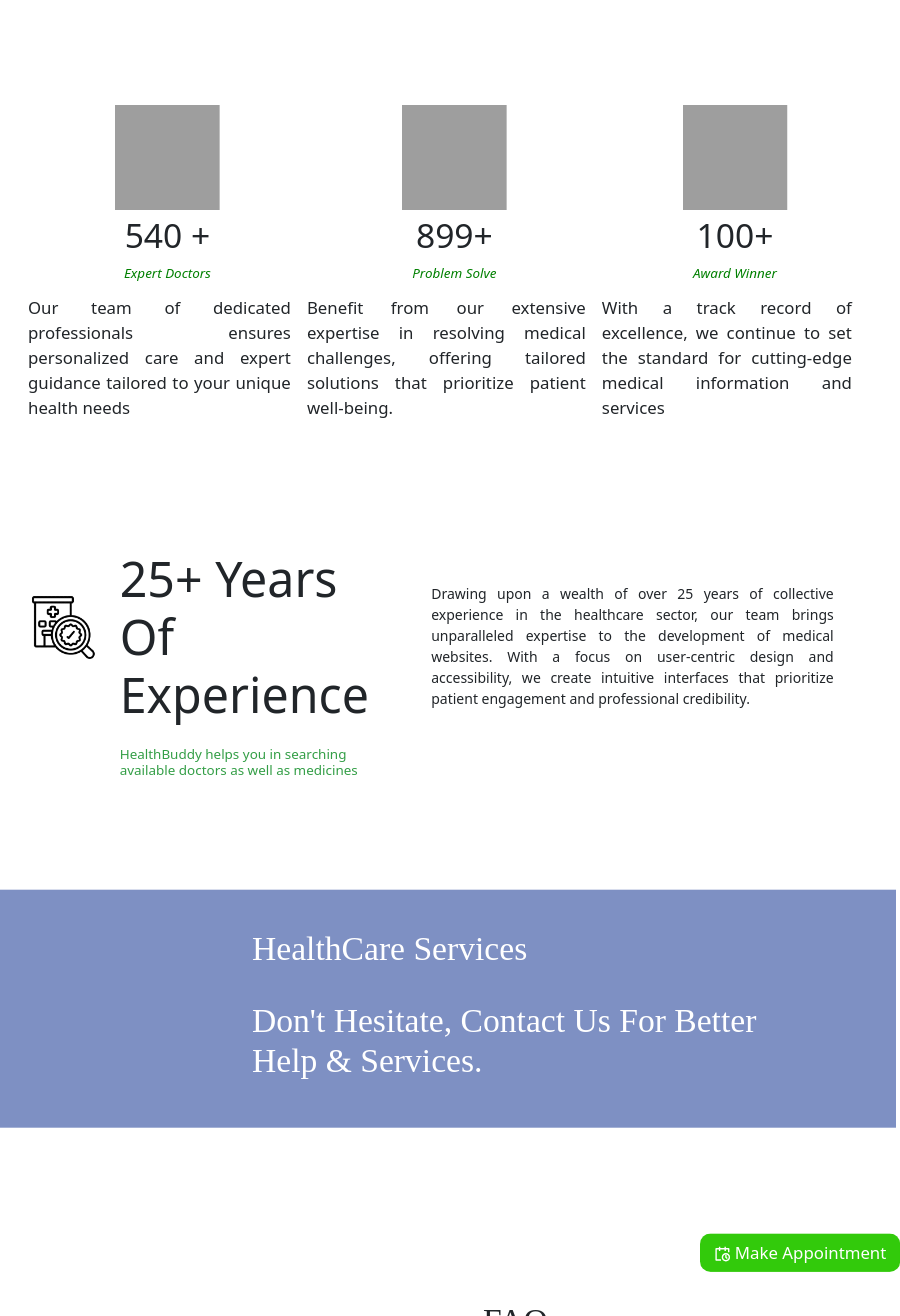
Repository: WajihaGul/MedicalApp-Frontend
Page: /
These files come from the project's save history. The page is drawn as it stood at one moment and after the next save; the edit follows.
The browser window is 1280 px wide. The page is 1286 px wide, so the pictures cover 1286 px, including what lies to the right of the window. The pictures show the part of the page from y = 730 to 2610 px (the page is 4921 px tall), at 70% of full size.
Pictures or frames that could not be fetched are drawn as grey boxes. The project was rebuilt for these pictures with package versions that can differ from the ones it lists, and the page was loaded fresh each time. Also part of the build but not shown: vite.config.js, src/index.css, src/App.css.

Above is the page before, as saved 2024-05-08 22:42:54.

After the next save:
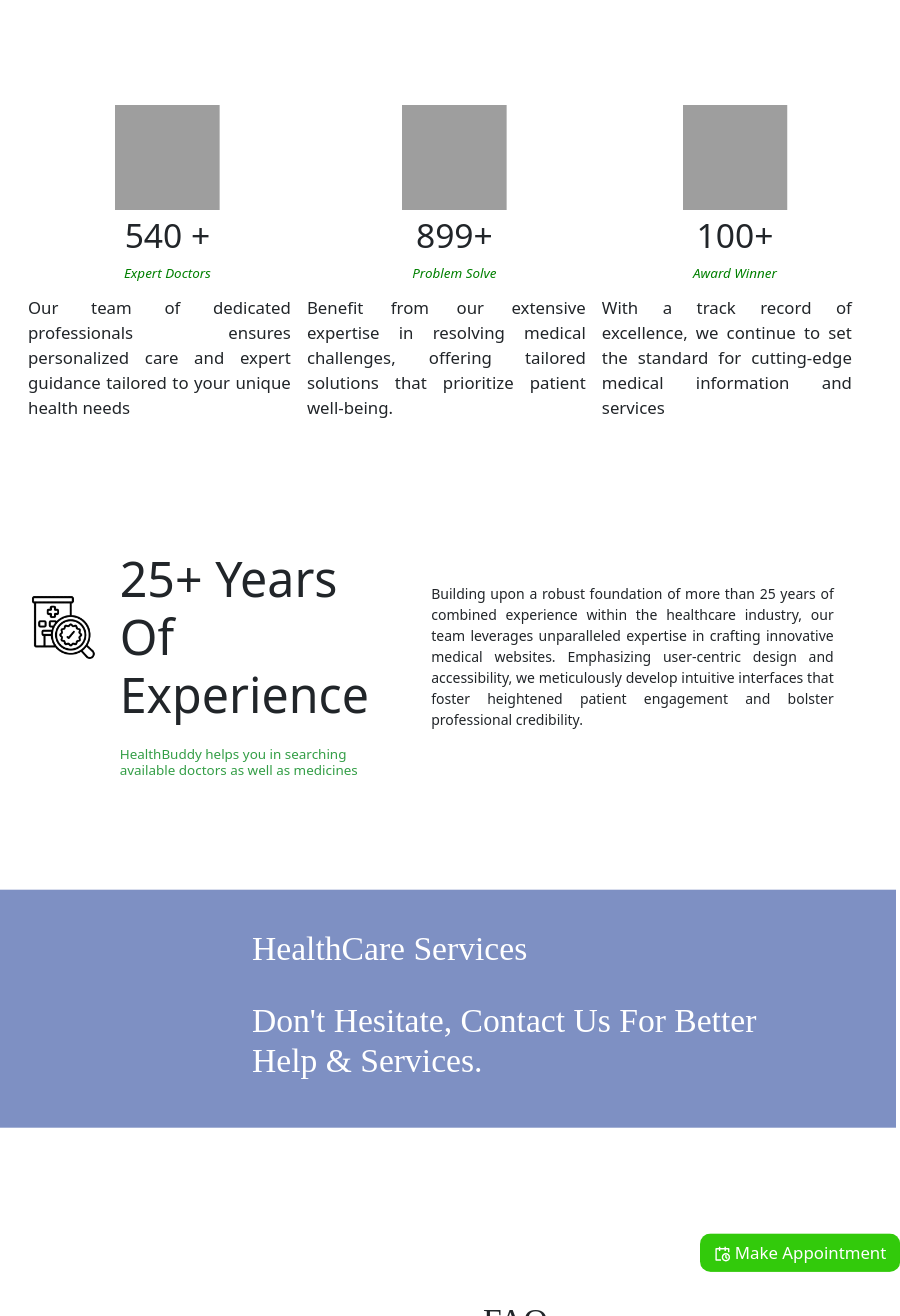
Saved 76 s later.
--- a/src/Components/Experience/Experience.jsx
+++ b/src/Components/Experience/Experience.jsx
@@ -22,11 +22,12 @@ const Experience = () => {
         </div>
         <div>
           <p className={styles.story_p}>
-            Drawing upon a wealth of over 25 years of collective experience in
-            the healthcare sector, our team brings unparalleled expertise to the
-            development of medical websites. With a focus on user-centric design
-            and accessibility, we create intuitive interfaces that prioritize
-            patient engagement and professional credibility.
+            Building upon a robust foundation of more than 25 years of combined
+            experience within the healthcare industry, our team leverages
+            unparalleled expertise in crafting innovative medical websites.
+            Emphasizing user-centric design and accessibility, we meticulously
+            develop intuitive interfaces that foster heightened patient
+            engagement and bolster professional credibility.
           </p>
         </div>
       </div>
